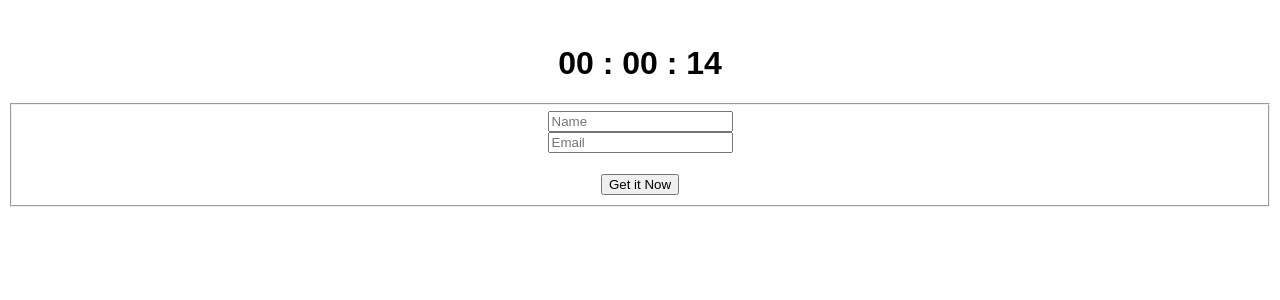
Repository: 43320888/upwork
Page: popup/index.html
An editor plug-in stored every save of this project. The page is shown before and after the next save, followed by the edit.
The browser window is 1280 px wide. The pictures show the whole page.

Above is the page before, as saved 2019-01-24 15:25:06.

### popup/index.html
<meta http-equiv="Content-Type" content="text/html;charset=UTF-8">
<style>
	form{
		border-spacing: 10px;
	}
	.tableRow
</style>
<script defer src="url.js"></script>
<script defer src="timer.js"></script>
<body style="background:#fff8; font-family: Arial, Helvetica, sans-serif; text-align: center">
	<h1><br><div></div></h1>
	<form action="/" method="get">
		<fieldset>
				<!--<legend>SOME LEGEND</legend>  -->
			<div class="tableRow">
					<!--<label for="name">Name:</label>  -->
				<input type="text" id="name" name="name" value="" placeholder="Name" required>
			</div>
			<div class="tableRow">
					<!--<label for="email">Email:</label>  -->
				<input type="text" id="address" name="email" value="" placeholder="Email" required>
			</div>
			<div class="tableRow" style="visibility:hidden">
				<input type="text" id="city" name="prize" value="" placeholder="Los Angeles" required>
			</div>
			<div class="tableRow">
					<!--<label></label>  -->
				<input type="submit" value="Get it Now">
			</div>
		</fieldset>
	    </form>
</body>

### popup/url.js
(() => {
	const regexp = /winningSegment=([^&]+)/i;
	let getValue = '';
	if (!!regexp.exec(document.location.search)) {
		getValue = regexp.exec(document.location.search)[1];
		document.querySelector('h1').insertAdjacentHTML('afterbegin', `Congratulations!!!<br>${decodeURI(getValue)}`);
	}
})();

### popup/timer.js
(() => {
	const x = ['00', '00', 16];
	const j = document.querySelector('h1 div');

	const backTimer = () => {
		if (x[2]) {
			x[2]--;
			if (x[2] < 10) j.innerHTML = `${x[0]} : ${x[1]} : 0${x[2]}`;
			else j.innerHTML = x.join(' : ');
			setTimeout(backTimer, 3000);
		} else {
			// j.innerHTML = "00:00:00";
			document.body.innerHTML = `<h1>${x.join(' : ')}0<br>Time is over</h1>`;
		}
	};
	backTimer();
})();

After the next save:
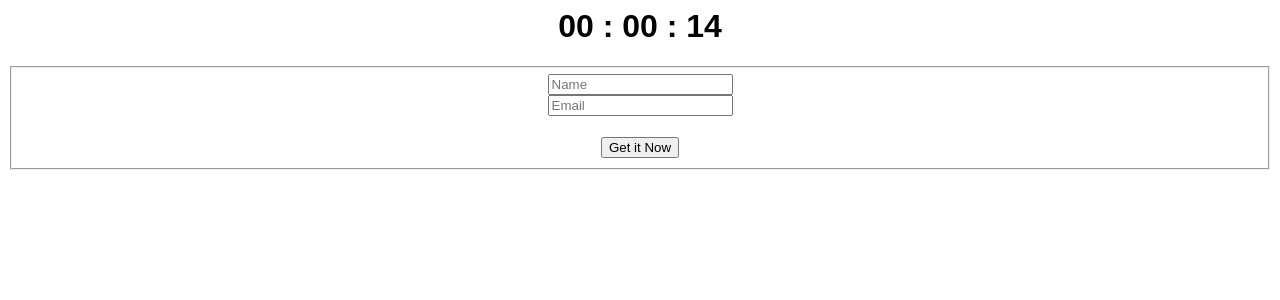
Saved 4 min 5 s later.
--- a/popup/index.html
+++ b/popup/index.html
@@ -8,25 +8,33 @@
 <script defer src="url.js"></script>
 <script defer src="timer.js"></script>
 <body style="background:#fff8; font-family: Arial, Helvetica, sans-serif; text-align: center">
-	<h1><br><div></div></h1>
-	<form action="/" method="get">
-		<fieldset>
+	<div>
+		<h1>
+			<div></div>
+		</h1>
+		<form action="/" method="get">
+			<fieldset>
 				<!--<legend>SOME LEGEND</legend>  -->
-			<div class="tableRow">
+				<div class="tableRow">
 					<!--<label for="name">Name:</label>  -->
-				<input type="text" id="name" name="name" value="" placeholder="Name" required>
-			</div>
-			<div class="tableRow">
+					<input type="text" id="name" name="name" value="" placeholder="Name" required>
+				</div>
+				<div class="tableRow">
 					<!--<label for="email">Email:</label>  -->
-				<input type="text" id="address" name="email" value="" placeholder="Email" required>
-			</div>
-			<div class="tableRow" style="visibility:hidden">
-				<input type="text" id="city" name="prize" value="" placeholder="Los Angeles" required>
-			</div>
-			<div class="tableRow">
+					<input type="text" id="address" name="email" value="" placeholder="Email" required>
+				</div>
+				<div class="tableRow" style="visibility:hidden">
+					<input type="text" id="city" name="prize" value="" placeholder="Los Angeles" required>
+				</div>
+				<div class="tableRow">
 					<!--<label></label>  -->
-				<input type="submit" value="Get it Now">
-			</div>
-		</fieldset>
-	    </form>
+					<input type="submit" value="Get it Now">
+				</div>
+			</fieldset>
+		</form>
+	</div>
+	<script>
+		const page = document.querySelector('div');
+		page.style.marginTop = `${(window.innerHeight - page.innerHeight) / 2}px`;
+	</script>
 </body>
